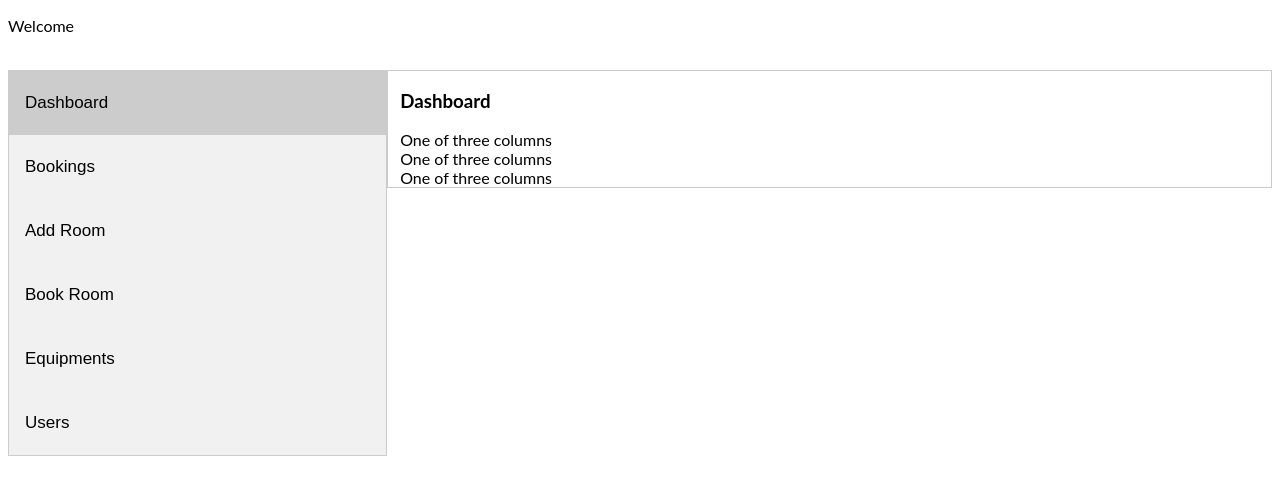
Repository: abhi608/visa_tutorial
Page: meetingroomapp/src/main/resources/static/dashboardView.html
An editor plug-in stored every save of this project. The page is shown before and after the next save, followed by the edit.
The browser window is 1280 px wide. The pictures show the whole page.

Above is the page before, as saved 2018-08-07 06:41:10.

After the next save:
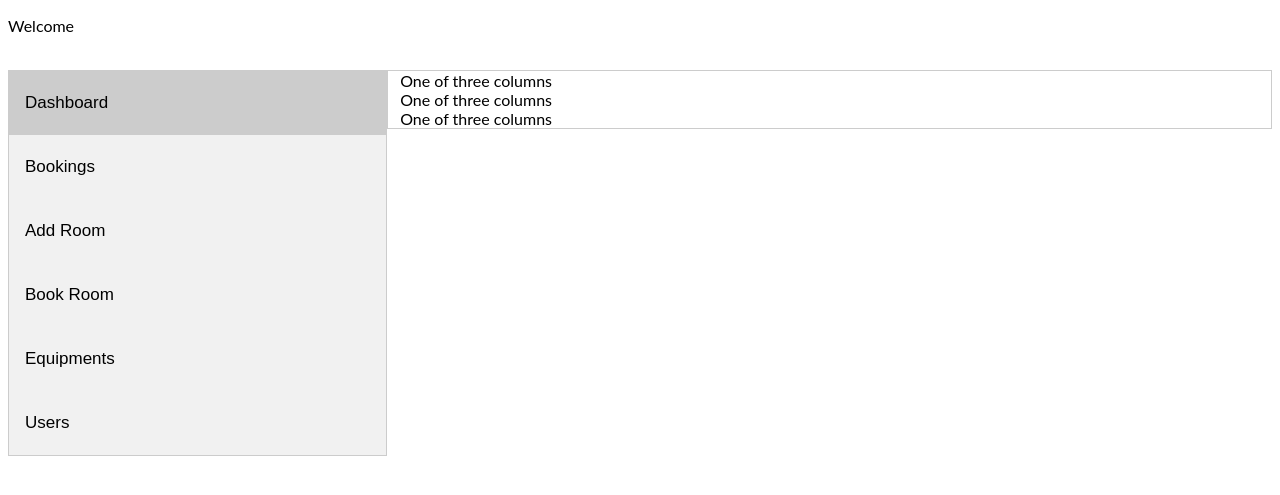
Saved 50 s later.
--- a/meetingroomapp/src/main/resources/static/dashboardView.html
+++ b/meetingroomapp/src/main/resources/static/dashboardView.html
@@ -67,7 +67,6 @@ body {font-family: "Lato", sans-serif;}
 </div>
 
 <div id="Dashboard" class="tabcontent">
-  <h3>Dashboard</h3>
   <div class="container">
   <div class="row">
     <div class="col-sm">
